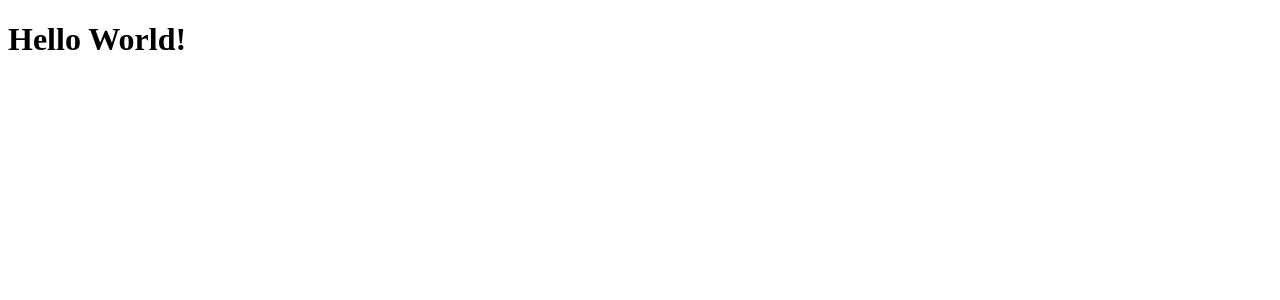
Repository: HeliosAI9/First-test-website
Page: mywebsite/html-boilerplate/index.html
These files come from the project's save history. The page is drawn as it stood at one moment and after the next save; the edit follows.
The browser window is 1280 px wide. The pictures show the whole page.

Above is the page before, as saved 2023-05-14 15:10:54.

After the next save:
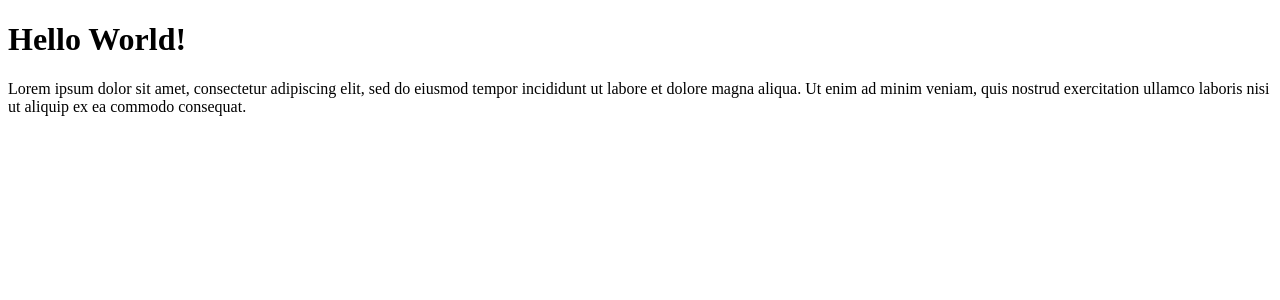
Saved 24 min 45 s later.
--- a/mywebsite/html-boilerplate/index.html
+++ b/mywebsite/html-boilerplate/index.html
@@ -9,3 +9,11 @@
     <h1>Hello World!</h1>
   </body>
 </html>
+
+<body>
+  Lorem ipsum dolor sit amet, consectetur adipiscing elit, sed do eiusmod tempor
+  incididunt ut labore et dolore magna aliqua.
+
+  Ut enim ad minim veniam, quis nostrud exercitation ullamco laboris
+  nisi ut aliquip ex ea commodo consequat.
+</body>
